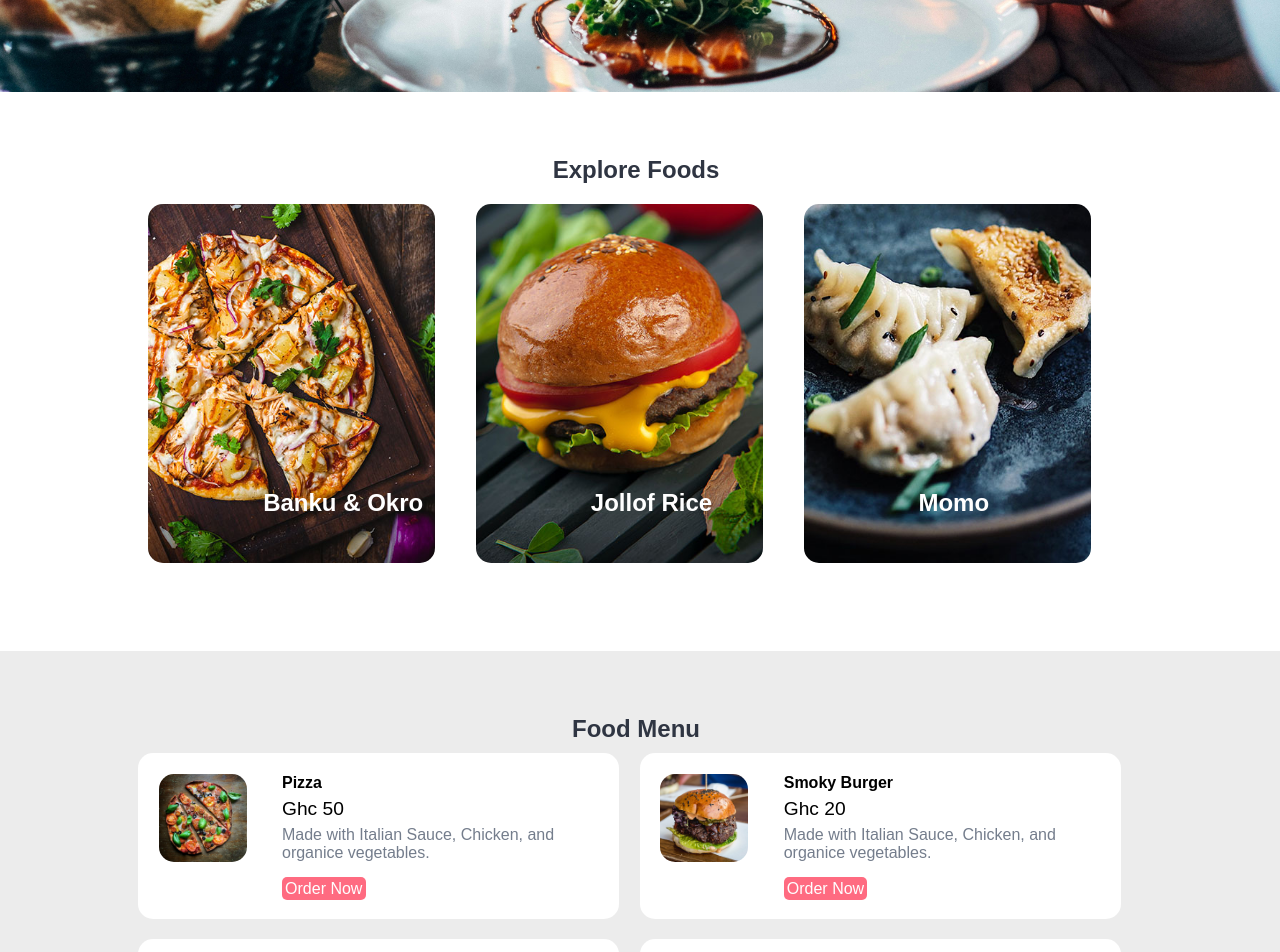
Repository: Saviour-Dagadu/Naamilli
Page: index.html
The author's editor kept a copy of each file at every save. The page is drawn from the files as they stood at one save, then again after the next save.
The browser window is 1280 px wide. The pictures show the part of the page from y = 243 to 1195 px (the page is 2117 px tall).
A picture or video elsewhere on the page could not be fetched, so the positions and the page height are approximate.

Above is the page before, as saved 2024-12-03 21:26:09.

### index.html
<!DOCTYPE html>
<html lang="en">
<head>
    <meta charset="UTF-8">
    <!-- Important to make website responsive -->
    <meta name="viewport" content="width=device-width, initial-scale=1.0">
    <title>Restaurant Website</title>

    <!-- Link our CSS file -->
    <link rel="stylesheet" type="text/css" href="css/style.css">
</head>

<body>
    <!-- Navbar Section Starts Here -->
	<section class="navbar" style="display: flex; align-items: center; justify-content: space-between;">
        <div class="container" style="display: flex; width: 100%; justify-content: space-between; align-items: center;">
            <div class="logo" style="display: flex; align-items: center;">
                <a href="index.html" title="Logo" style="display: flex; align-items: center;">
                    <img src="images/giphy.gif" alt="" style="
                        width: 3.5rem; /* Adjust size to be similar to nav image */
                        height: 3.5rem; /* Adjust size to be similar to nav image */
                        margin-right: 0.5rem;">
                    <div>
                        <h2 style="margin: 0;">Naamilli’s<span>Kitchen</span></h2>
                        <h6 style="margin: 0;"><span>The Food Heaven</span></h6>
                    </div>
                </a>
            </div>

            <div class="menu text-right">
                <ul style="list-style: none; margin: 0; padding: 0; display: flex; justify-content: flex-end;">
                    <li style="margin-left: 1rem;">
                        <a href="index.html">Home</a>
                    </li>
                    <li style="margin-left: 1rem;">
                        <a href="categories.html">Categories</a>
                    </li>
                    <li style="margin-left: 1rem;">
                        <a href="foods.html">Foods</a>
                    </li>
                    <li style="margin-left: 1rem;">
                        <a href="contact.html">Contact</a>
                    </li>
                </ul>
            </div>
        </div>

        <div class="clearfix"></div>
    </section>

    <!-- Navbar Section Ends Here -->

    <!-- fOOD sEARCH Section Starts Here -->
    <section class="food-search text-center">
        <div class="container">

            <form action="underConstruction.html" method="POST">
                <input type="search" name="search" placeholder="Search for Food.." required>
                <input type="submit" name="submit" value="Search" class="btn btn-primary">
            </form>

        </div>
    </section>
    <!-- fOOD sEARCH Section Ends Here -->

    <!-- CAtegories Section Starts Here -->
    <section class="categories">
        <div class="container">
            <h2 class="text-center">Explore Foods</h2>

            <a href="category-foods.html">
            <div class="box-3 float-container">
                <img src="images/pizza.jpg" alt="Pizza" class="img-responsive img-curve">

                <h3 class="float-text text-white">Banku & Okro</h3>
            </div>
            </a>

            <a href="#">
            <div class="box-3 float-container">
                <img src="images/burger.jpg" alt="Burger" class="img-responsive img-curve">

                <h3 class="float-text text-white">Jollof Rice</h3>
            </div>
            </a>

            <a href="#">
            <div class="box-3 float-container">
                <img src="images/momo.jpg" alt="Momo" class="img-responsive img-curve">

                <h3 class="float-text text-white">Momo</h3>
            </div>
            </a>

            <div class="clearfix"></div>
        </div>
    </section>
    <!-- Categories Section Ends Here -->

    <!-- fOOD MEnu Section Starts Here -->
    <section class="food-menu">
        <div class="container">
            <h2 class="text-center">Food Menu</h2>

            <div class="food-menu-box">
                <div class="food-menu-img">
                    <img src="images/menu-pizza.jpg" alt="Chicke Hawain Pizza" class="img-responsive img-curve">
                </div>

                <div class="food-menu-desc">
                    <h4>Pizza</h4>
                    <p class="food-price">Ghc 50</p>
                    <p class="food-detail">
                        Made with Italian Sauce, Chicken, and organice vegetables.
                    </p>
                    <br>

                    <a href="order.html" class="btn btn-primary">Order Now</a>
                </div>
            </div>

            <div class="food-menu-box">
                <div class="food-menu-img">
                    <img src="images/menu-burger.jpg" alt="Chicke Hawain Pizza" class="img-responsive img-curve">
                </div>

                <div class="food-menu-desc">
                    <h4>Smoky Burger</h4>
                    <p class="food-price">Ghc 20</p>
                    <p class="food-detail">
                        Made with Italian Sauce, Chicken, and organice vegetables.
                    </p>
                    <br>

                    <a href="#" class="btn btn-primary">Order Now</a>
                </div>
            </div>

            <div class="food-menu-box">
                <div class="food-menu-img">
                    <img src="images/menu-burger.jpg" alt="Chicke Hawain Burger" class="img-responsive img-curve">
                </div>

                <div class="food-menu-desc">
                    <h4>Nice Burger</h4>
                    <p class="food-price">Ghc 20</p>
                    <p class="food-detail">
                        Made with Italian Sauce, Chicken, and organize vegetables.
                    </p>
                    <br>

                    <a href="#" class="btn btn-primary">Order Now</a>
                </div>
            </div>



            <!-- <div class="food-menu-box">
                <div class="food-menu-img">
                    <img src="images/menu-pizza.jpg" alt="Chicke Hawain Pizza" class="img-responsive img-curve">
                </div>

                <div class="food-menu-desc">
                    <h4>Food Title</h4>
                    <p class="food-price">$2.3</p>
                    <p class="food-detail">
                        Made with Italian Sauce, Chicken, and organice vegetables.
                    </p>
                    <br>

                    <a href="#" class="btn btn-primary">Order Now</a>
                </div>
            </div> -->

            <div class="food-menu-box">
                <div class="food-menu-img">
                    <img src="images/menu-momo.jpg" alt="Chicke Hawain Momo" class="img-responsive img-curve">
                </div>

                <div class="food-menu-desc">
                    <h4>Chicken Steam Momo</h4>
                    <p class="food-price">Ghc 50</p>
                    <p class="food-detail">
                        Made with Italian Sauce, Chicken, and organice vegetables.
                    </p>
                    <br>

                    <a href="#" class="btn btn-primary">Order Now</a>
                </div>
            </div>


            <div class="clearfix"></div>



        </div>

        <p class="text-center">
            <a href="#">See All Foods</a>
        </p>
    </section>
    <!-- fOOD Menu Section Ends Here -->

    <!-- social Section Starts Here -->
<section class="social">
	<div class="container text-center">
		<ul>
			<li>
				<a href="https://www.facebook.com/saviou/"><img src="https://img.icons8.com/fluent/50/000000/facebook-new.png"/></a>
			</li>
			<li>
				<a href="https://www.instagram.com/saviour_dagadu/"><img src="https://img.icons8.com/fluent/48/000000/instagram-new.png"/></a>
			</li>
			<li>
				<a href="https://twitter.com/savicode"><img src="https://img.icons8.com/fluent/48/000000/twitter.png"/></a>
			</li>
		</ul>
	</div>
</section>
<!-- social Section Ends Here -->

<!-- footer Section Starts Here -->
<section class="footer">
	<div class="container text-center">
		<p>All rights reserved. Designed By <a href="https://saviourdagadu.netlify.app/">Saviour Dagadu</a></p>
	</div>
</section>
<!-- footer Section Ends Here -->

</body>
</html>

### css/style.css
/*
    Author: Vijay Thapa;
    Theme: Restaurant Food Order;
    version: 1.0;
*/

/* CSS for All */
*{
    margin: 0 0;
    padding: 0 0;
    font-family: Arial, Helvetica, sans-serif;
}
.container{
    width: 80%;
    margin: 0 auto;
    padding: 1%;
}
.img-responsive{
    width: 100%;
}
.img-curve{
    border-radius: 15px;
}

.text-right{
    text-align: right;
}
.text-center{
    text-align: center;
}
.text-left{
    text-align: left;
}
.text-white{
    color: white;
}

.clearfix{
    clear: both;
    float: none;
}

a{
    color: skyblue;
    text-decoration: none;
}
a:hover{
    color: #ff6b81;
}

.btn{
    padding: 1%;
    border: none;
    font-size: 1rem;
    border-radius: 5px;
}
.btn-primary{
    background-color: #ff6b81;
    color: white;
    cursor: pointer;
}
.btn-primary:hover{
    color: white;
    background-color: #ff4757;
}
h2{
    color: #2f3542;
    font-size: 2rem;
    margin-bottom: 2%;
}
h3{
    font-size: 1.5rem;
}
.float-container{
    position: relative;
}
.float-text{
    position: absolute;
    bottom: 50px;
    left: 40%;
}
fieldset{
    border: 1px solid white;
    margin: 5%;
    padding: 3%;
    border-radius: 5px;
}


/* CSSS for navbar section */

.logo{
    width: 10%;
    float: left;
}
.logo h2{
    color: rgb(10, 119, 5);
}
.logo h2:hover{
    color: rgb(10, 119, 5);
    font-style: italic;
}
.logo h2 span{
    color: #ff6b81;
    font-size: larger;
    font-weight:bolder;
}
.logo h2 span:hover{
    color: #ff4757;
    font-size: larger;
    font-weight:bolder;
}
.menu{
    line-height: 60px;
}
.menu ul{
    list-style-type: none;
}

.menu ul li{
    display: inline;
    padding: 1%;
    font-weight: bold;
}


/* CSS for Food SEarch Section */

.food-search{
    background-image: url(../images/jay-wennington-N_Y88TWmGwA-unsplash.jpg);
    background-size: cover;
    background-repeat: no-repeat;
    background-position: center;
    padding: 7% 0;
}

.food-search input[type="search"]{
    width: 50%;
    padding: 1%;
    font-size: 1rem;
    border: none;
    border-radius: 5px;
}


/* CSS for Categories */
.categories{
    padding: 4% 0;
}

.box-3{
    width: 28%;
    float: left;
    margin: 2%;
}


/* CSS for Food Menu */
.food-menu{
    background-color: #ececec;
    padding: 4% 0;
}
.food-menu-box{
    width: 43%;
    margin: 1%;
    padding: 2%;
    float: left;
    background-color: white;
    border-radius: 15px;
}

.food-menu-img{
    width: 20%;
    float: left;
}

.food-menu-desc{
    width: 70%;
    float: left;
    margin-left: 8%;
}

.food-price{
    font-size: 1.2rem;
    margin: 2% 0;
}
.food-detail{
    font-size: 1rem;
    color: #747d8c;
}


/* CSS for Social */
.social ul{
    list-style-type: none;
}
.social ul li{
    display: inline;
    padding: 1%;
}

/* for Order Section */
.order{
    width: 50%;
    margin: 0 auto;
}
.input-responsive{
    width: 96%;
    padding: 1%;
    margin-bottom: 3%;
    border: none;
    border-radius: 5px;
    font-size: 1rem;
}
.order-label{
    margin-bottom: 1%;
    font-weight: bold;
}

/* Contact Section*/

#info{
    padding: 30px 0;
}

#info .container{
     display: flex;
}

#info .info{
    width: 28%;
    height: 300px;
    border-radius: 10px;
    overflow: hidden;

}

#info .info-text{
    border: 1px solid lightgray;
    padding: 10px;
}

#info .info-text h4{
    margin: 5px;
}

#info .info-text .info-text-call{
    margin-bottom: 20px;
}

#info .info-image{
margin-right: 10px;
overflow: hidden;
box-shadow: 0 0 5px #333;
transform: scale (1.04);
transition: all .4s ease-in-out;
}

#info .info-image:hover{
transform: translateY(-15px) scale(1.1);
box-shadow: 0 0 10px #333;
}
#info .info-image img{
max-width: 100%;
height: auto
}

#info .info-image:hover .info-image img{
opacity: 1;
}

       /* message Section */
#message{
    padding: 30px 0;
    background-color: lightgray;
}

#message .message-top{
    text-align: center;
    margin-bottom: 20px;
}

#message .message-top h3{
    text-transform: uppercase;
    margin: 0;
}

#message .message-top h3::after{
    content: "";
    display: block;
    width: 50px;
    height: 3px;
    background-color: gray;
    margin: 10px auto 0;
}

#message .message-bottom{
    color: black;
}

#message .message-bottom label{
    display: block;
    font-size: 17px;
    font-weight: 500;
    margin-bottom: 5px;
}

#message .message-bottom .form-group{
    margin-bottom: 10px;
}

#message .message-bottom .input{
    display: block;
    height: 40px;
    border-radius: 5px;
    border: 1px solid brown;
    padding-left: 10px;
    padding-right: 10px;
    width: 100%;
    font-size: 15px;
    font-family: 'Segoe UI', Tahoma, Geneva, Verdana, Sans-serif;
}

#message .message-bottom input,
#message .message-bottom textarea,
#message .message-bottom button{
    outline: none;
}

#message  textarea{
    width: 100%;
    height: 200px;
    border-radius: 5px;
    border: 1px solid brown;
    background-color: white;
    padding: 5px 10px;
    font: 15px 'Segoe UI', Tahoma, Geneva, Verdana, Sans-serif;
}

.navbar-brand {
    display: flex;
    align-items: center; /* Align items horizontally in the center */
    text-decoration: none; /* Removes default underline from the link */
    color: #333; /* Adjust text color as needed */
    /* background-image: url('../images/apple.gif'); Replace with the path to your image */
    background-size: cover;                          /* Ensures the image covers the entire div */
    background-position: center;                     /* Centers the image within the div */
    background-repeat: no-repeat;
}
.navbar-brand h2 {
    margin: 0;               /* Removes default margin */
    font-size: 2.5rem;
}

.navbar-brand h2 span{
    color: skyblue;
}

.navbar-brand i {
    display: block;          /* Ensures the i element is on a new line */
    margin: 0;               /* Removes default margin */
    font-size: 0.8rem;       /* Makes the text smaller */
    color: black;
}

.logo-img {
    width: 3.5rem; /* Adjust size as needed */
    height: 3.5rem; /* Adjust size as needed */
    margin-right: 0.5rem; /* Space between image and text */
}

.text-content {
    display: flex;
    flex-direction: column; /* Stack text elements vertically */
    justify-content: center; /* Center text vertically within container */
}

h2 {
    margin: 0; /* Remove default margin */
    font-size: 1.5rem; /* Adjust font size as needed */
    font-weight: bold;
    margin-right: 0.5rem; /* Space between h2 and h6 */
}



/* #message .message-bottom .btn{
    padding: 10px 20px;
    background-color: brown;
    text-transform: uppercase;
    font: 15px 'Segoe UI', Tahoma, Geneva, Verdana, Sans-serif;
    border: none;
    border-radius: 5px;
    font-weight: 500;
    color: #fff;
    cursor: pointer;
} */


/* CSS for Mobile Size or Smaller Screen */

@media only screen and (max-width:768px){
    .logo{
        width: 80%;
        float: none;
        margin: 1% auto;
    }

    .menu ul{
        text-align: center;
    }

    .food-search input[type="search"]{
        width: 90%;
        padding: 2%;
        margin-bottom: 3%;
    }

    .btn{
        width: 91%;
        padding: 2%;
    }

    .food-search{
        padding: 10% 0;
    }

    .categories{
        padding: 20% 0;
    }
    h2{
        margin-bottom: 10%;
    }
    .box-3{
        width: 100%;
        margin: 4% auto;
    }

    .food-menu{
        padding: 20% 0;
    }

    .food-menu-box{
        width: 90%;
        padding: 5%;
        margin-bottom: 5%;
    }
    .social{
        padding: 5% 0;
    }
    .order{
        width: 100%;
    }
}

After the next save:
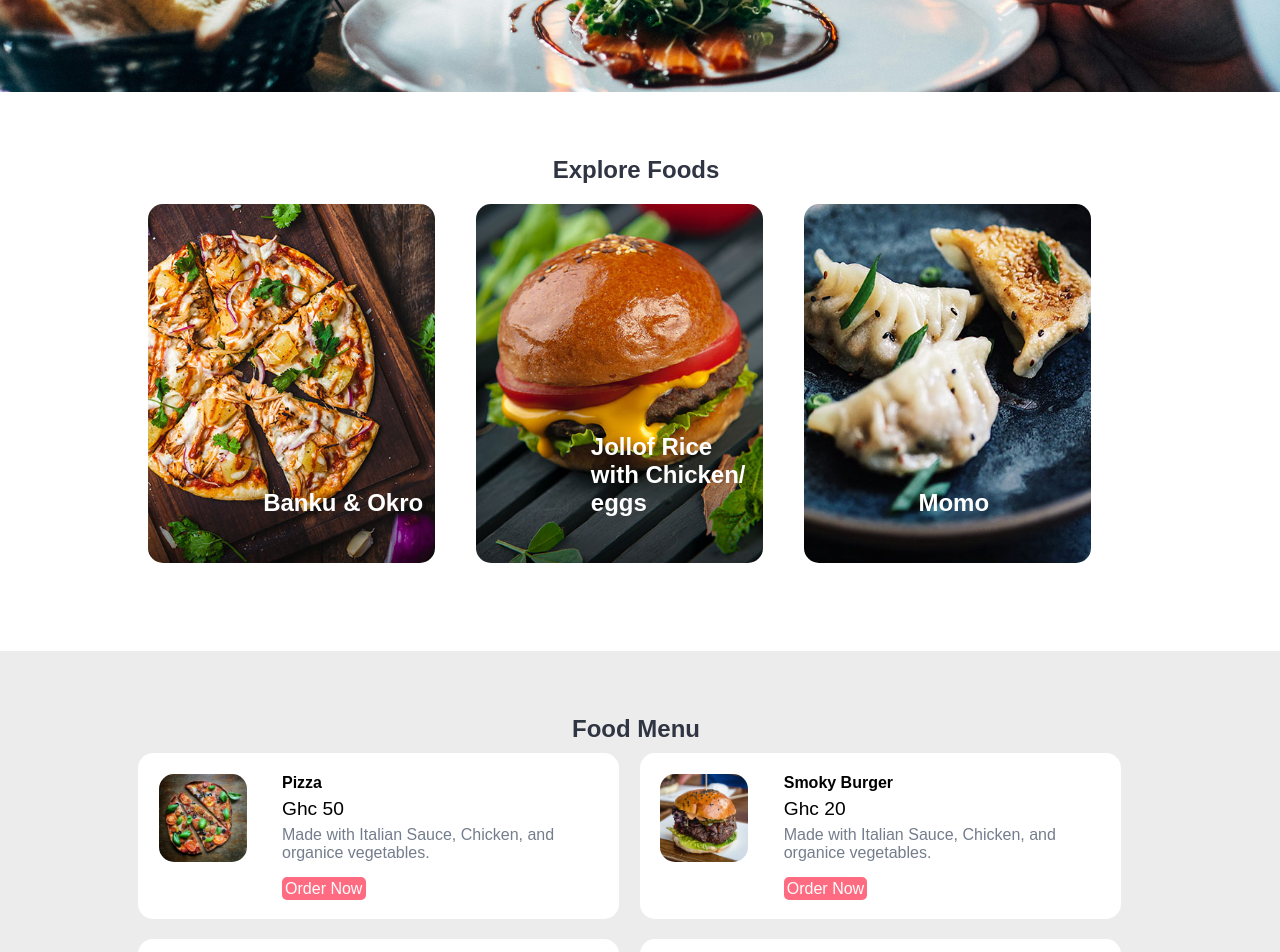
Saved 40 s later.
--- a/index.html
+++ b/index.html
@@ -80,7 +80,7 @@
             <div class="box-3 float-container">
                 <img src="images/burger.jpg" alt="Burger" class="img-responsive img-curve">
 
-                <h3 class="float-text text-white">Jollof Rice</h3>
+                <h3 class="float-text text-white">Jollof Rice with Chicken/ eggs</h3>
             </div>
             </a>
 
